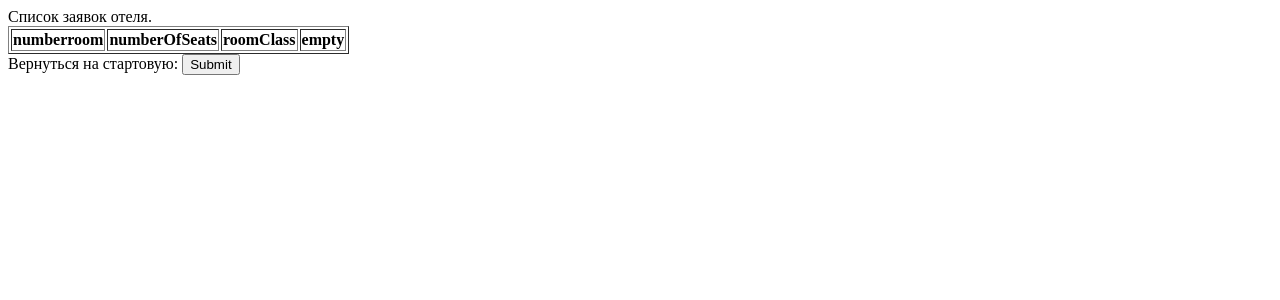
Repository: milosh-alexandr-by/ItAcademyJavaDeveloper
Page: http://localhost/HotelRequestSystem/ClientRequest.jsp
An editor plug-in stored every save of this project. The page is shown before and after the next save, followed by the edit.
The browser window is 1280 px wide. The pictures show the whole page.
The page is served by Tomcat 9. Other server files are loaded and not shown. Queries for data that is not in the repository find no rows.

Above is the page before, as saved 2015-12-10 21:05:54.

### Project_WEB/HotelRequestSystem/WebContent/ClientRequest.jsp
<%@ page import="java.sql.*" language="java" contentType="text/html; charset=UTF-8"
    pageEncoding="UTF-8"%>
<!DOCTYPE html PUBLIC "-//W3C//DTD HTML 4.01 Transitional//EN" "http://www.w3.org/TR/html4/loose.dtd">
<html>
<head>
<meta http-equiv="Content-Type" content="text/html; charset=UTF-8">
<title>Insert title here</title>
</head>
<body>

	Список заявок отеля.

		<%
		Class.forName("com.mysql.jdbc.Driver");
		Connection con = DriverManager.getConnection("jdbc:mysql://localhost:3306/hotelrequestsystem", "root", "root");
		Statement stmt = con.createStatement();
		ResultSet rs = stmt.executeQuery("select * from room") ;
	%>

	<TABLE BORDER="1">
		<TR>
			<TH>numberroom</TH>
			<TH>numberOfSeats</TH>
			<TH>roomClass</TH>
			<TH>empty</TH>
		</TR>
		<% while(rs.next()) { %>
		<TR>
			<TD><%= rs.getString(1) %></TD>
			<TD><%= rs.getString(2) %></TD>
			<TD><%= rs.getString(3) %></TD>
			<TD><%= rs.getString(4) %></TD>
		</TR>
		<% } %>
	</TABLE>

	<form action="Administrator.jsp" method="GET">
		Вернуться на стартовую: <input type="submit" name="ReturnToMainPage" value="Submit">
	</form>

</body>
</html>

After the next save:
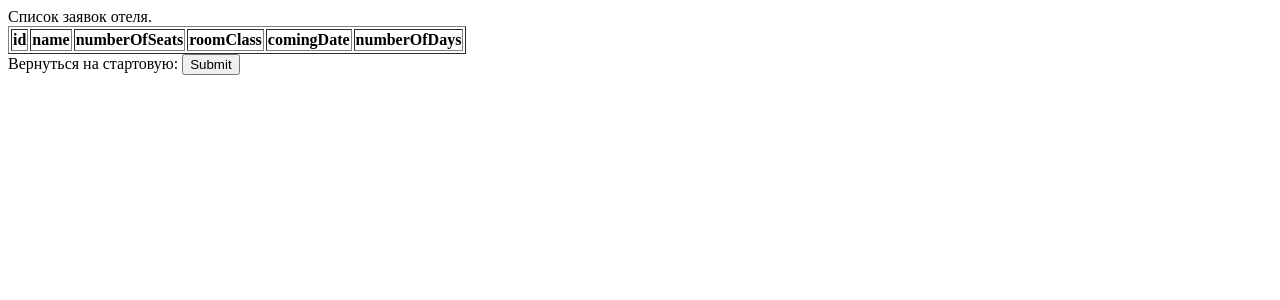
Saved 82 s later.
--- a/Project_WEB/HotelRequestSystem/WebContent/ClientRequest.jsp
+++ b/Project_WEB/HotelRequestSystem/WebContent/ClientRequest.jsp
@@ -14,15 +14,17 @@
 		Class.forName("com.mysql.jdbc.Driver");
 		Connection con = DriverManager.getConnection("jdbc:mysql://localhost:3306/hotelrequestsystem", "root", "root");
 		Statement stmt = con.createStatement();
-		ResultSet rs = stmt.executeQuery("select * from room") ;
+		ResultSet rs = stmt.executeQuery("select * from clientrequest") ;
 	%>
 
 	<TABLE BORDER="1">
 		<TR>
-			<TH>numberroom</TH>
+			<TH>id</TH>
+			<TH>name</TH>
 			<TH>numberOfSeats</TH>
 			<TH>roomClass</TH>
-			<TH>empty</TH>
+			<TH>comingDate</TH>
+			<TH>numberOfDays</TH>
 		</TR>
 		<% while(rs.next()) { %>
 		<TR>
